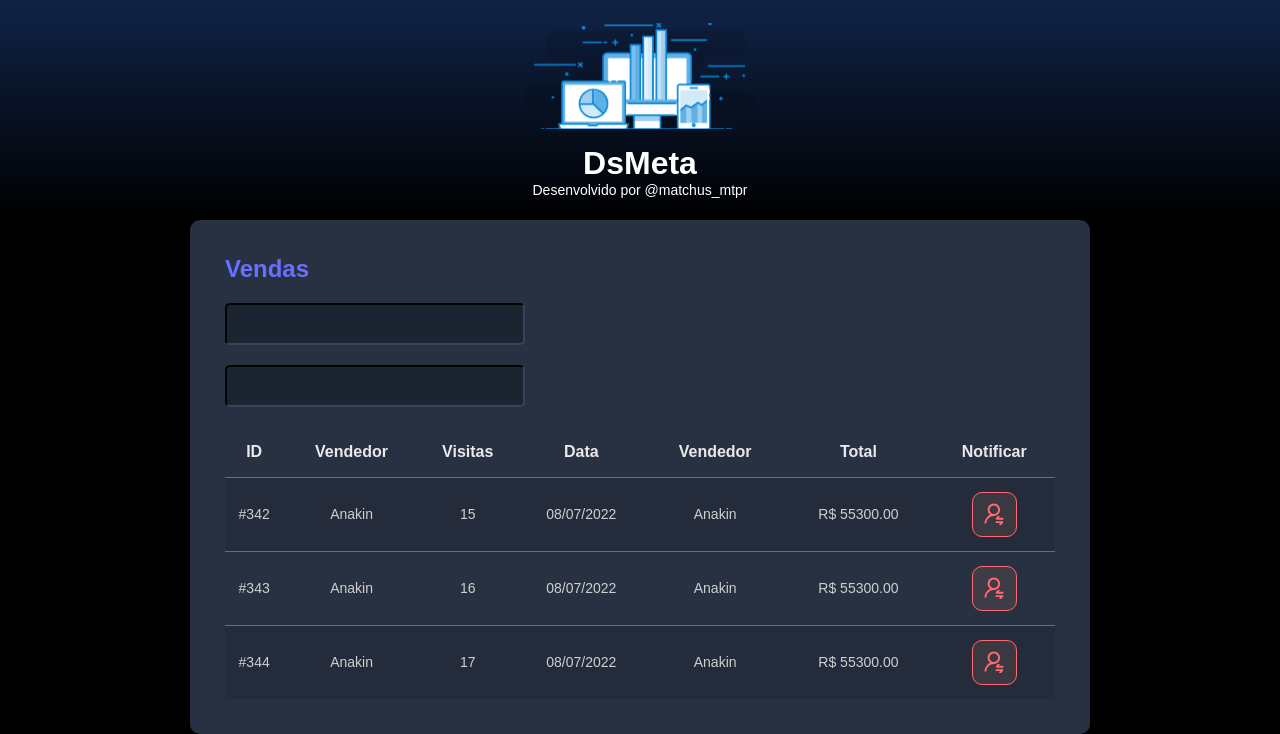
Repository: MatheusAlvesPereiraRosa/ds-meta
Page: index.html
These files come from the project's save history. The page is drawn as it stood at one moment and after the next save; the edit follows.
The browser window is 1280 px wide. The pictures show the whole page.

Above is the page before, as saved 2022-09-05 17:22:18.

After the next save:
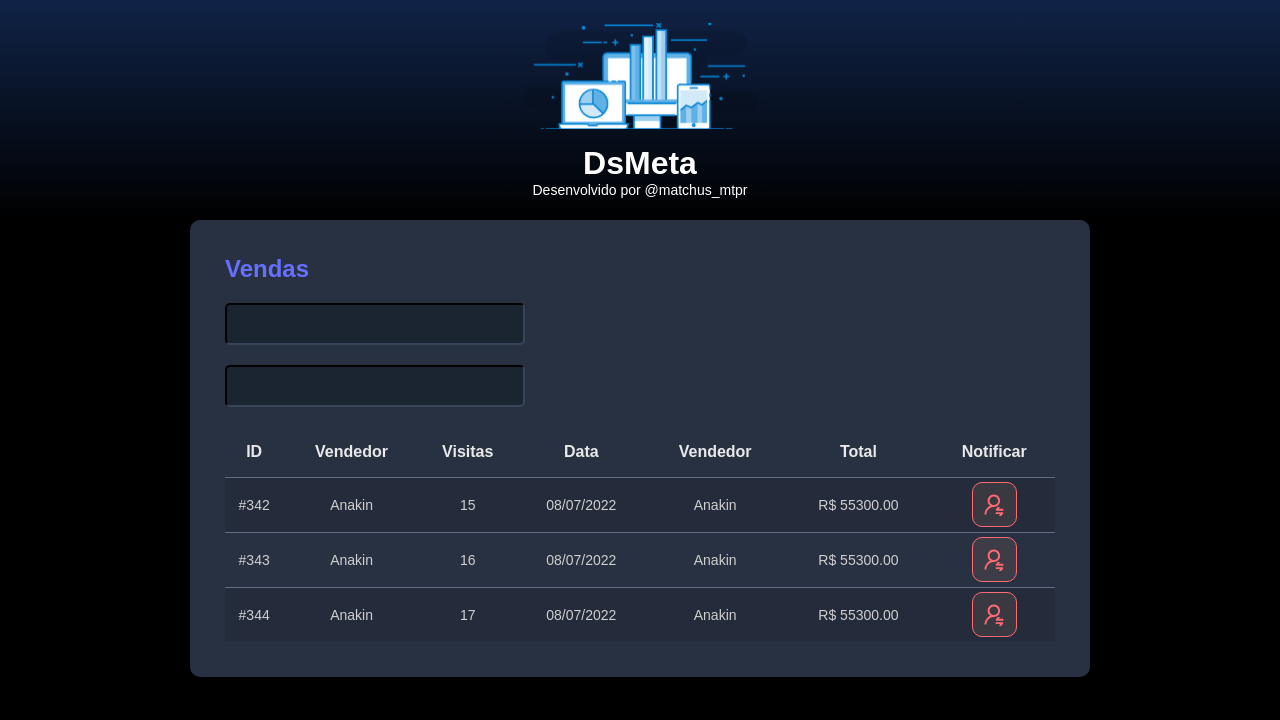
Saved 19 s later.
--- a/styles.css
+++ b/styles.css
@@ -140,7 +140,11 @@ a, a:hover, a:visited {
     }
 
     .dsmeta-sales-table tbody tr {
+        height: 55px;
+    }
 
+    .dsmeta-sales-table tbody{
+        height: 55px;
     }
 }
 
